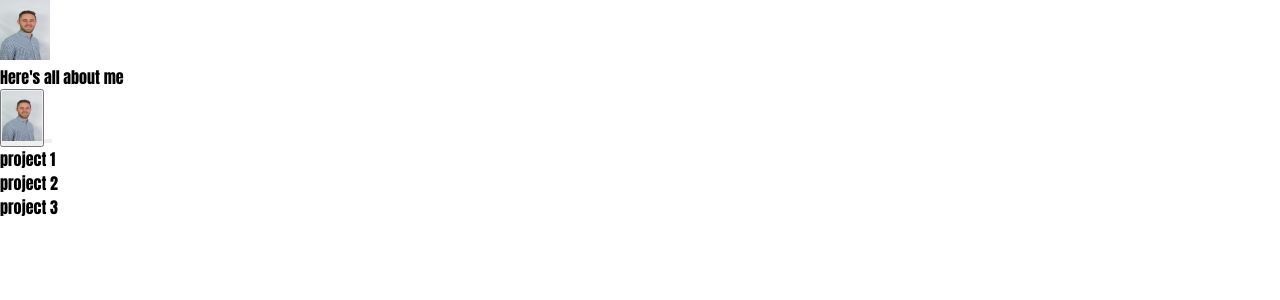
Repository: Kobramall/portfolio-project
Page: /portfolio
The author's editor kept a copy of each file at every save. The page is drawn from the files as they stood at one save, then again after the next save.
The browser window is 1280 px wide. The pictures show the whole page.
The project was rebuilt for these pictures with package versions that can differ from the ones it lists, and the page was loaded fresh each time. Also part of the build but not shown: src/App.css, src/componets/Main.jsx. Imported but missing from the stored project, and not drawn on this page: src/assets/Landscape.mov.

Above is the page before, as saved 2022-11-01 15:09:48.

After the next save:
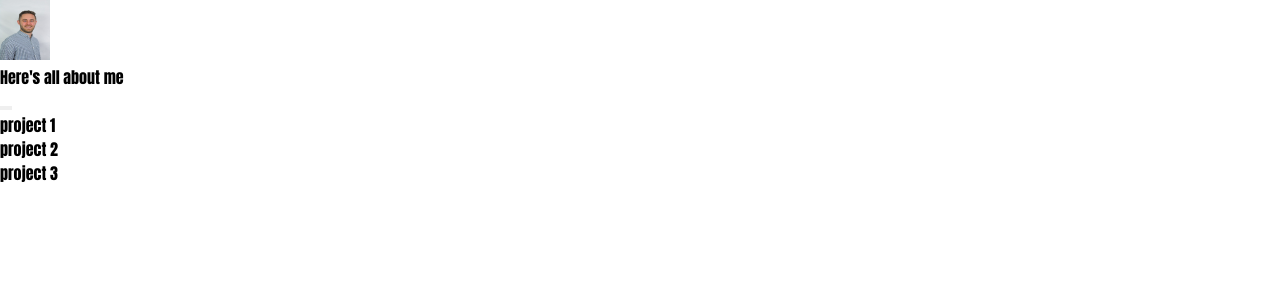
Saved 2 min 11 s later.
--- a/src/componets/Portfolio.jsx
+++ b/src/componets/Portfolio.jsx
@@ -10,7 +10,7 @@
                <p>Here's all about me</p>
             </div>
             <div className='projectLinks'>
-                    <button><a rel="stylesheet" href="https://github.com/Kobramall" /><img src={Img} alt="filler pics" width="40" height="50"/></button>
+                    <button><a href="https://github.com/Kobramall" /></button>
                     <button><link rel="stylesheet" href="" /></button>
                     <button><link rel="stylesheet" href="" /></button>
             </div>

After the save that followed:
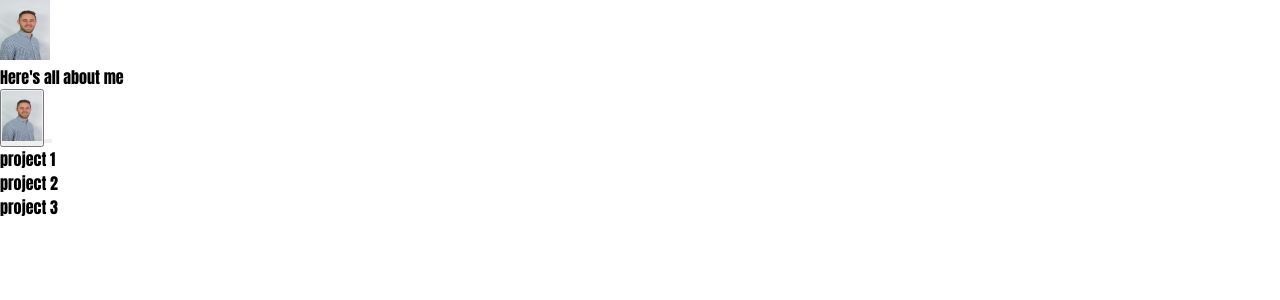
Saved 12 s later.
--- a/src/componets/Portfolio.jsx
+++ b/src/componets/Portfolio.jsx
@@ -10,7 +10,7 @@
                <p>Here's all about me</p>
             </div>
             <div className='projectLinks'>
-                    <button><a href="https://github.com/Kobramall" /></button>
+                    <button><a href="https://github.com/Kobramall" /><img src={Img} alt="filler pics" width="40" height="50"/></button>
                     <button><link rel="stylesheet" href="" /></button>
                     <button><link rel="stylesheet" href="" /></button>
             </div>
